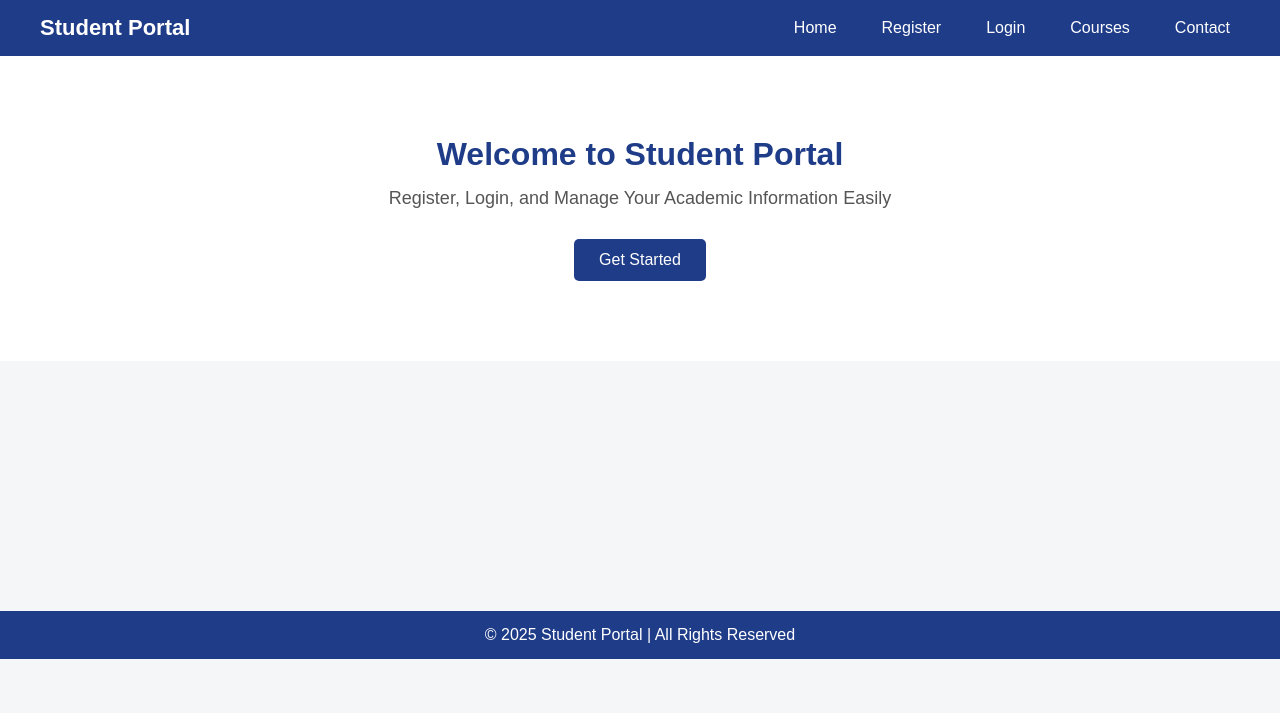
Repository: Tanvisalunkhe/Java_Codes
Page: demo/src/main/webapp/Home.html
These files come from the project's save history. The page is drawn as it stood at one moment and after the next save; the edit follows.
The browser window is 1280 px wide. The pictures show the whole page.

Above is the page before, as saved 2025-12-26 06:40:01.

After the next save:
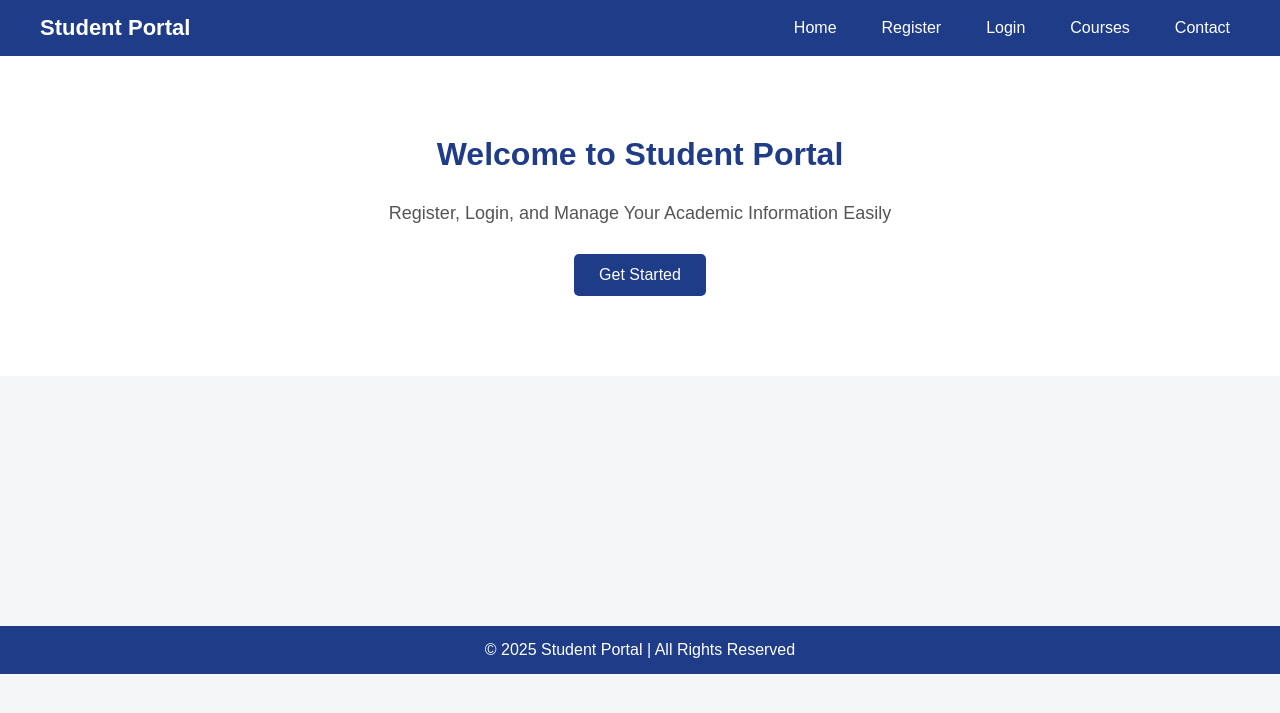
Saved 44 s later.
--- a/demo/src/main/webapp/Home.html
+++ b/demo/src/main/webapp/Home.html
@@ -66,7 +66,7 @@
 
         .hero p {
             font-size: 18px;
-            margin-top: 15px;
+            margin-top: 30px;
             color: #555;
         }
 

After the save that followed:
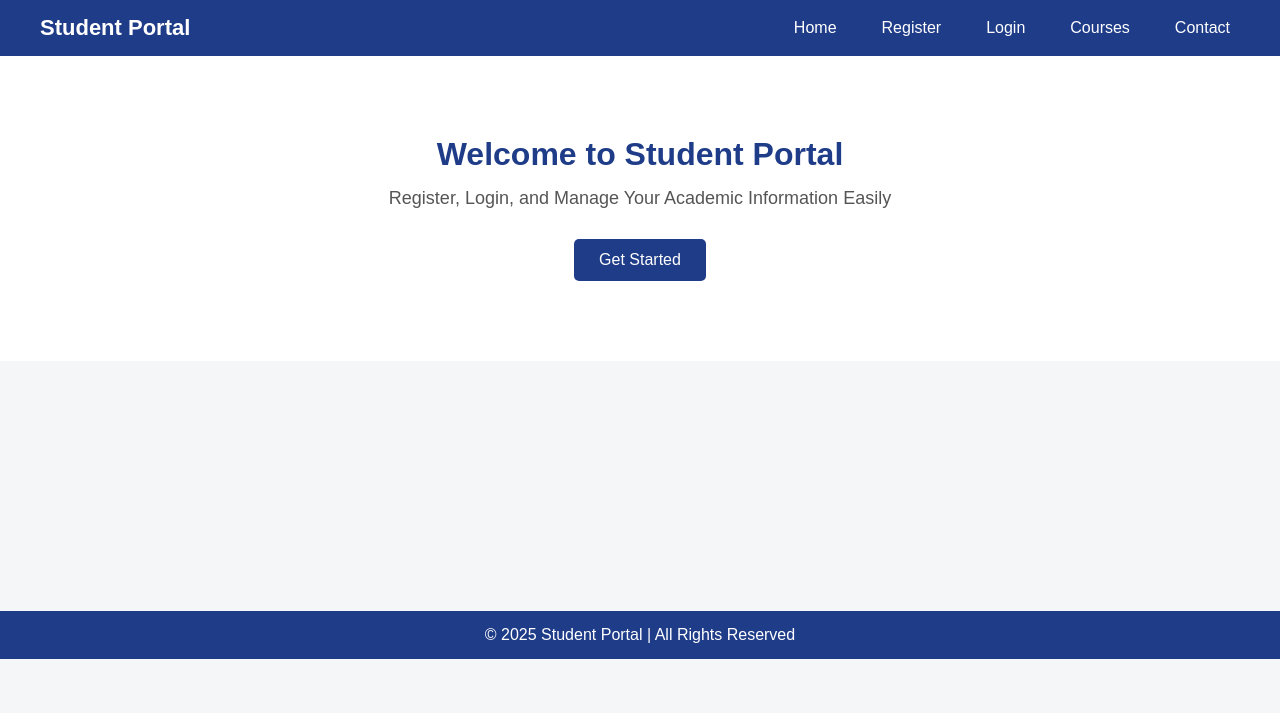
Saved 18 s later.
--- a/demo/src/main/webapp/Home.html
+++ b/demo/src/main/webapp/Home.html
@@ -66,7 +66,7 @@
 
         .hero p {
             font-size: 18px;
-            margin-top: 30px;
+            margin-top: 15px;
             color: #555;
         }
 
